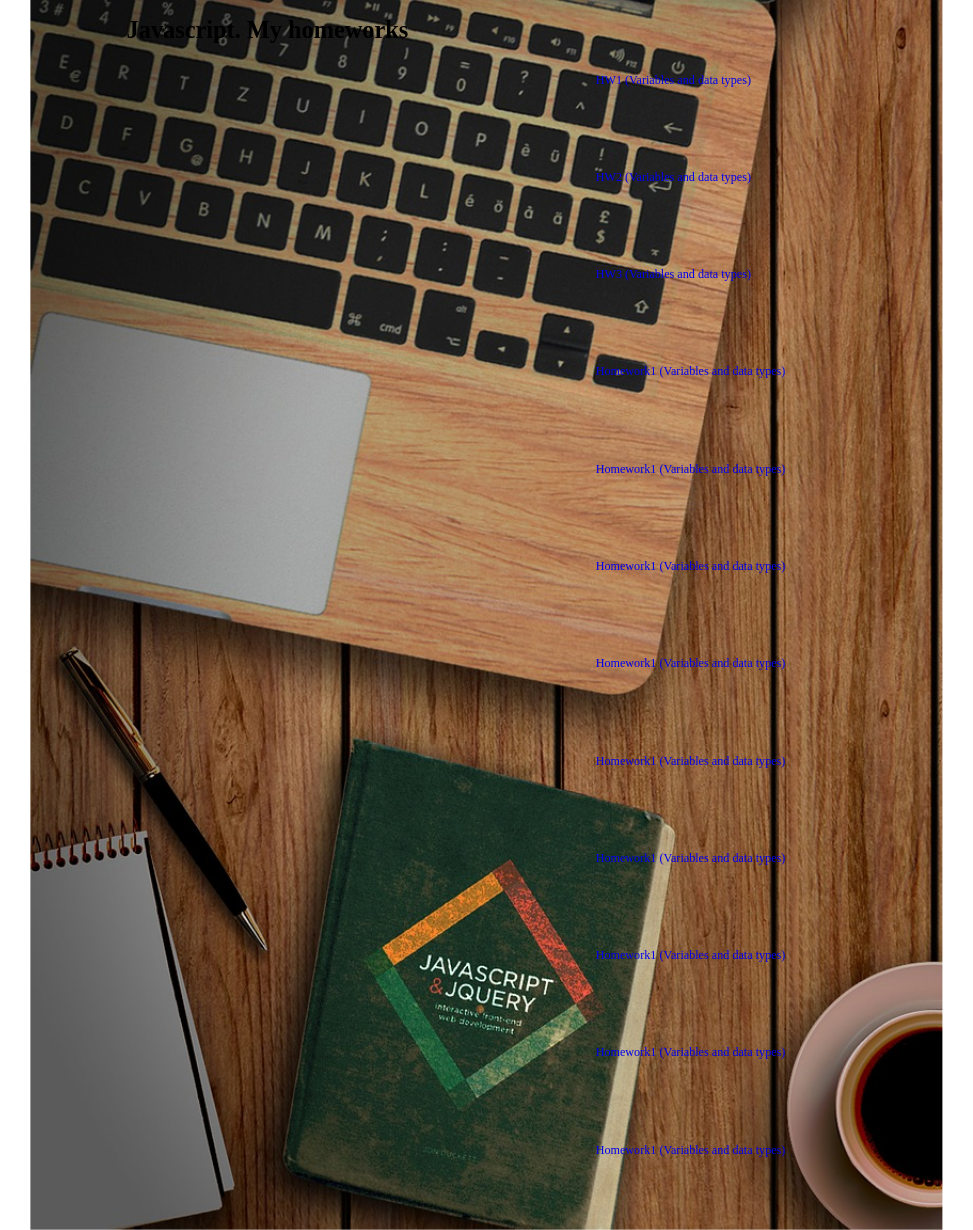
Repository: mariiastetsko/cursor-js-hw
Page: index.html
An editor plug-in stored every save of this project. The page is shown before and after a run of saves, followed by the edit.
The browser window is 1280 px wide. The pictures show the whole page, at 76% of full size.

Above is the page before, as saved 2020-07-22 19:56:19.

### index.html
<!DOCTYPE html>
<html lang="en">
  <head>
    <meta charset="UTF-8" />
    <meta name="viewport" content="width=device-width, initial-scale=1.0" />
    <title>Cursor.JS.Homeworks</title>
    <link rel="stylesheet" href="./style.css" />
  </head>
  <body>
    <div class="homeworks">
    <h1>Javascript. My homeworks</h1>
    <ul class="list">
      <li>
        <a href="./HW1/index.html">HW1 (Variables and data types)</a>
      </li>
      <li><a href="./HW2/index.html">HW2 (Variables and data types)</a></li>
      <li><a href="./HW3/index.html">HW3 (Variables and data types)</a></li>
      <li><a href="./HW4/index.html">Homework1 (Variables and data types)</a></li>
      <li><a href="./HW5/index.html">Homework1 (Variables and data types)</a></li>
      <li><a href="./HW6/index.html">Homework1 (Variables and data types)</a></li>
      <li><a href="./HW7/index.html">Homework1 (Variables and data types)</a></li>
      <li><a href="./HW8/index.html">Homework1 (Variables and data types)</a></li>
      <li><a href="./HW9/index.html">Homework1 (Variables and data types)</a></li>
      <li><a href="./HW10/index.html">Homework1 (Variables and data types)</a></li>
      <li><a href="./HW11/index.html">Homework1 (Variables and data types)</a></li>
      <li><a href="./HW12/index.html">Homework1 (Variables and data types)</a></li>
    </ul>
  </div>
  </body>
</html>

### style.css
* {
    box-sizing: border-box;
}

body {
    margin: auto;
    padding: 0;
    width: 1200px;
    min-height: 100vh;
}

.homeworks {
    background-image: url('./background.jpg');
    background-repeat: no-repeat;
    background-size: cover;
    display: flex;
    justify-content: space-evenly;
    flex-wrap: wrap;
}

ul {
    list-style: none;
}

/* .list {
    display: flex;
    justify-content: space-evenly;
    flex-wrap: wrap;
} */

li, a {
    text-decoration: none;
    padding: 30px 10px;
    margin: 50px 30px;
}

h1 {
    text-align: center;
}

After the next 4 saves:
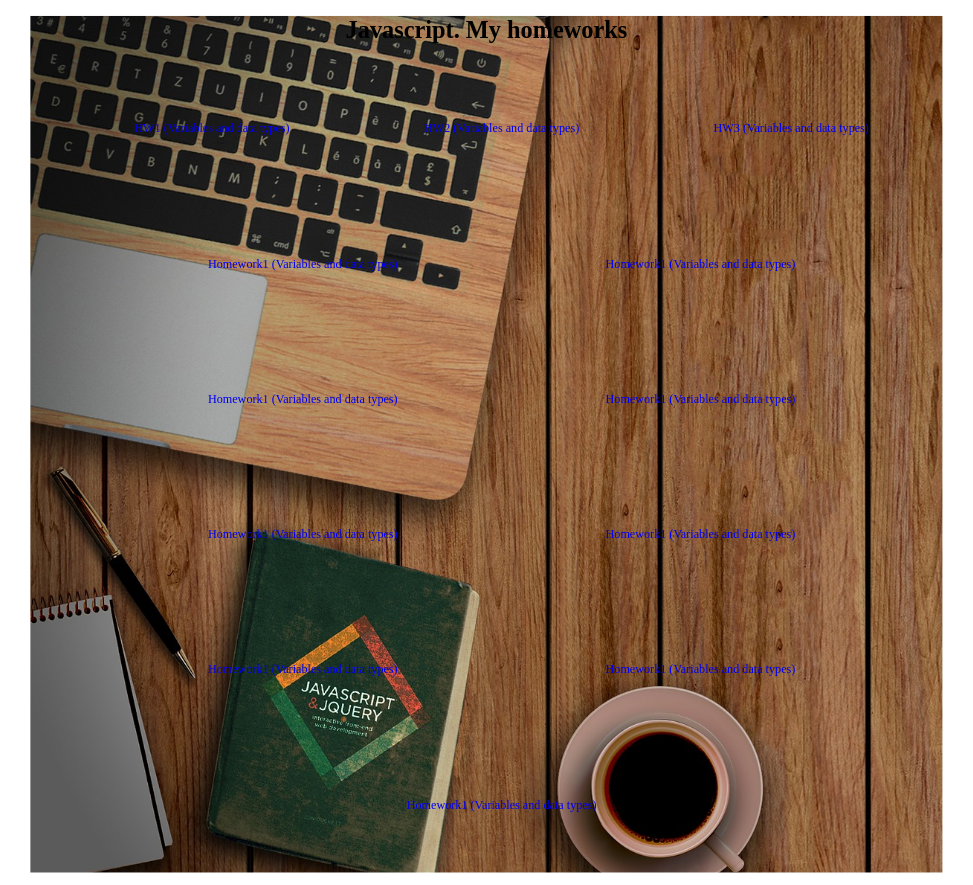
The 4 saves are shown as one change because they came seconds apart.
The last was saved 23 s later.
--- a/style.css
+++ b/style.css
@@ -13,20 +13,17 @@ body {
     background-image: url('./background.jpg');
     background-repeat: no-repeat;
     background-size: cover;
-    display: flex;
-    justify-content: space-evenly;
-    flex-wrap: wrap;
 }
 
 ul {
     list-style: none;
 }
 
-/* .list {
+.list {
     display: flex;
     justify-content: space-evenly;
     flex-wrap: wrap;
-} */
+}
 
 li, a {
     text-decoration: none;
